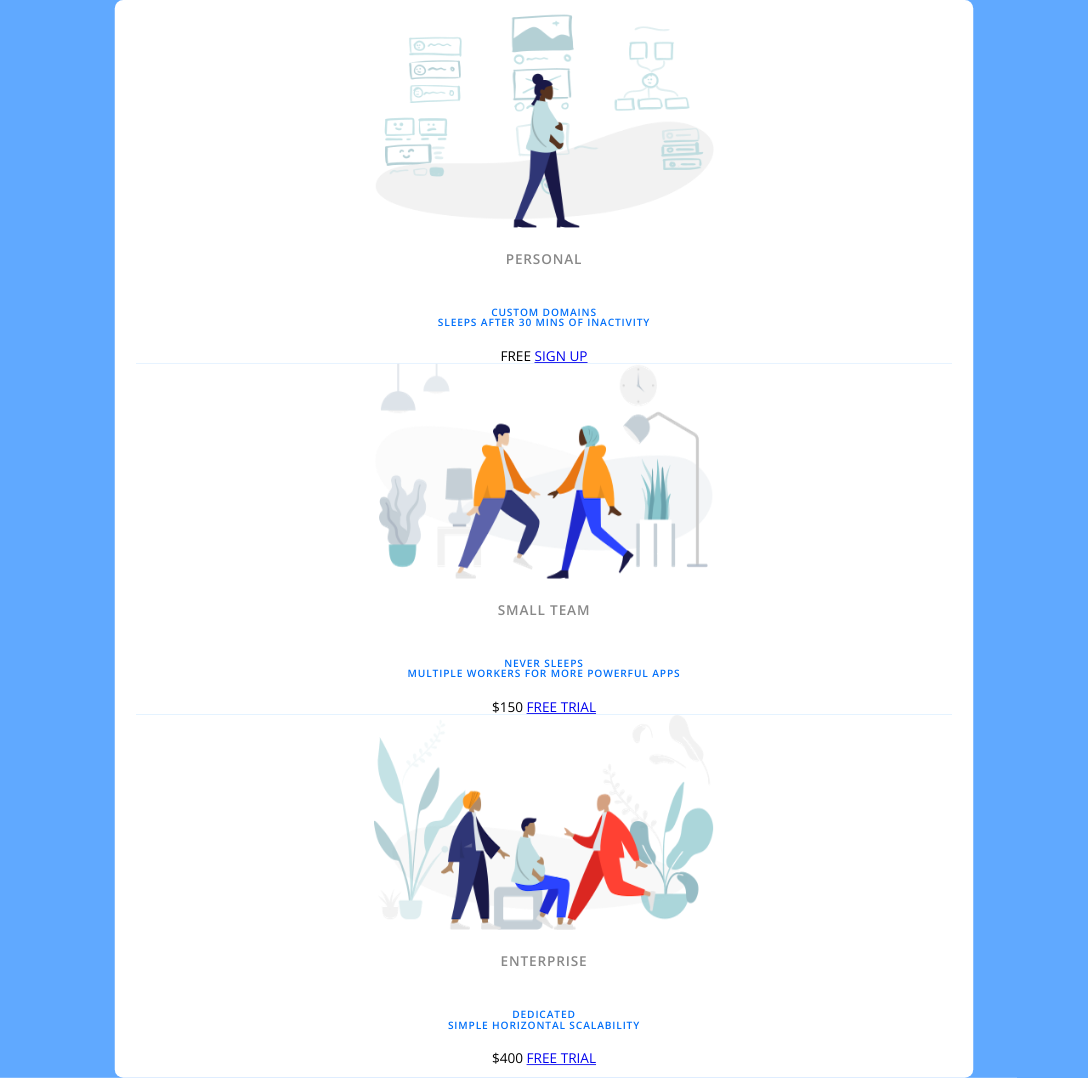
Repository: zhFIsHappy/UdemyFullStack
Page: PriceTable/index.html
These files come from the project's save history. The page is drawn as it stood at one moment and after the next save; the edit follows.
The browser window is 1280 px wide. The pictures show the whole page, at 85% of full size.

Above is the page before, as saved 2022-03-26 19:42:45.

### PriceTable/index.html
<!DOCTYPE html>
<html lang="en">

<head>
    <meta charset="UTF-8">
    <meta name="viewport" content="width=device-width, initial-scale=1.0">
    <title>Price Tiers</title>
    <link rel="stylesheet" href="https://fonts.googleapis.com/css?family=Open+Sans:400,600,700">
    <link rel="stylesheet" href="app.css">
</head>

<body>
    <div class="panel pricing-table">

        <div class="pricing-plan">
            <img src="icons/icon1.png" alt="" class="pricing-img">
            <h2 class="pricing-header">Personal</h2>
            <ul class="pricing-features">
                <li class="pricing-features-item">Custom domains</li>
                <li class="pricing-features-item">Sleeps after 30 mins of inactivity</li>
            </ul>
            <span class="pricing-price">Free</span>
            <a href="#/" class="pricing-button">Sign up</a>
        </div>

        <div class="pricing-plan">
            <img src="icons/icon2.png" alt="" class="pricing-img">
            <h2 class="pricing-header">Small team</h2>
            <ul class="pricing-features">
                <li class="pricing-features-item">Never sleeps</li>
                <li class="pricing-features-item">Multiple workers for more powerful apps</li>
            </ul>
            <span class="pricing-price">$150</span>
            <a href="#/" class="pricing-button is-featured">Free trial</a>
        </div>

        <div class="pricing-plan">
            <img src="icons/icon3.png" alt="" class="pricing-img">
            <h2 class="pricing-header">Enterprise</h2>
            <ul class="pricing-features">
                <li class="pricing-features-item">Dedicated</li>
                <li class="pricing-features-item">Simple horizontal scalability</li>
            </ul>
            <span class="pricing-price">$400</span>
            <a href="#/" class="pricing-button">Free trial</a>
        </div>

    </div>

</body>

</html>

### PriceTable/app.css
/* http://meyerweb.com/eric/tools/css/reset/
   v2.0 | 20110126
   License: none (public domain)
*/

html, body, div, span, applet, object, iframe,
h1, h2, h3, h4, h5, h6, p, blockquote, pre,
a, abbr, acronym, address, big, cite, code,
del, dfn, em, img, ins, kbd, q, s, samp,
small, strike, strong, sub, sup, tt, var,
b, u, i, center,
dl, dt, dd, ol, ul, li,
fieldset, form, label, legend,
table, caption, tbody, tfoot, thead, tr, th, td,
article, aside, canvas, details, embed,
figure, figcaption, footer, header, hgroup,
menu, nav, output, ruby, section, summary,
time, mark, audio, video {
	margin: 0;
	padding: 0;
	border: 0;
	font-size: 100%;
	font: inherit;
	vertical-align: baseline;
}
/* HTML5 display-role reset for older browsers */
article, aside, details, figcaption, figure,
footer, header, hgroup, menu, nav, section {
	display: block;
}
body {
	line-height: 1;
}
ol, ul {
	list-style: none;
}
blockquote, q {
	quotes: none;
}
blockquote:before, blockquote:after,
q:before, q:after {
	content: '';
	content: none;
}
table {
	border-collapse: collapse;
	border-spacing: 0;
}
html{
    box-sizing: border-box;
    font-family: 'Open Sans', sans-serif;
}
body{
    background-color: #60a9ff;
    display: flex;
    justify-content: center;
    align-items:center;
    min-height:100vh;

}

.panel{
    background-color: white;
    border-radius:10px;
    padding :15px 25px;
    width: 100%;
    max-width: 960px;
    display:flex;
    flex-direction : column;
    text-align: center;
    text-transform: uppercase;
}

.pricing-plan{
    border-bottom: 1px solid #e1f1ff;
}

.pricing-plan:last-child{
    border-bottom: none;
}

.pricing-img{
    margin-bottom:25px;
    max-width:100%;
}
.pricing-header{
    color : #888;
    font-weight: 600;
    letter-spacing: 1px;
}
.pricing-features{
    margin: 50px 0 25px;
    color: #016ff9;
}
.pricing-features-item{
    font-weight: 600;
    letter-spacing: 1px;
    font-size: 12px;
    line-height:1.5 0;
    padding
    border-top:1px solid #e1f1ff;
}

After the next save:
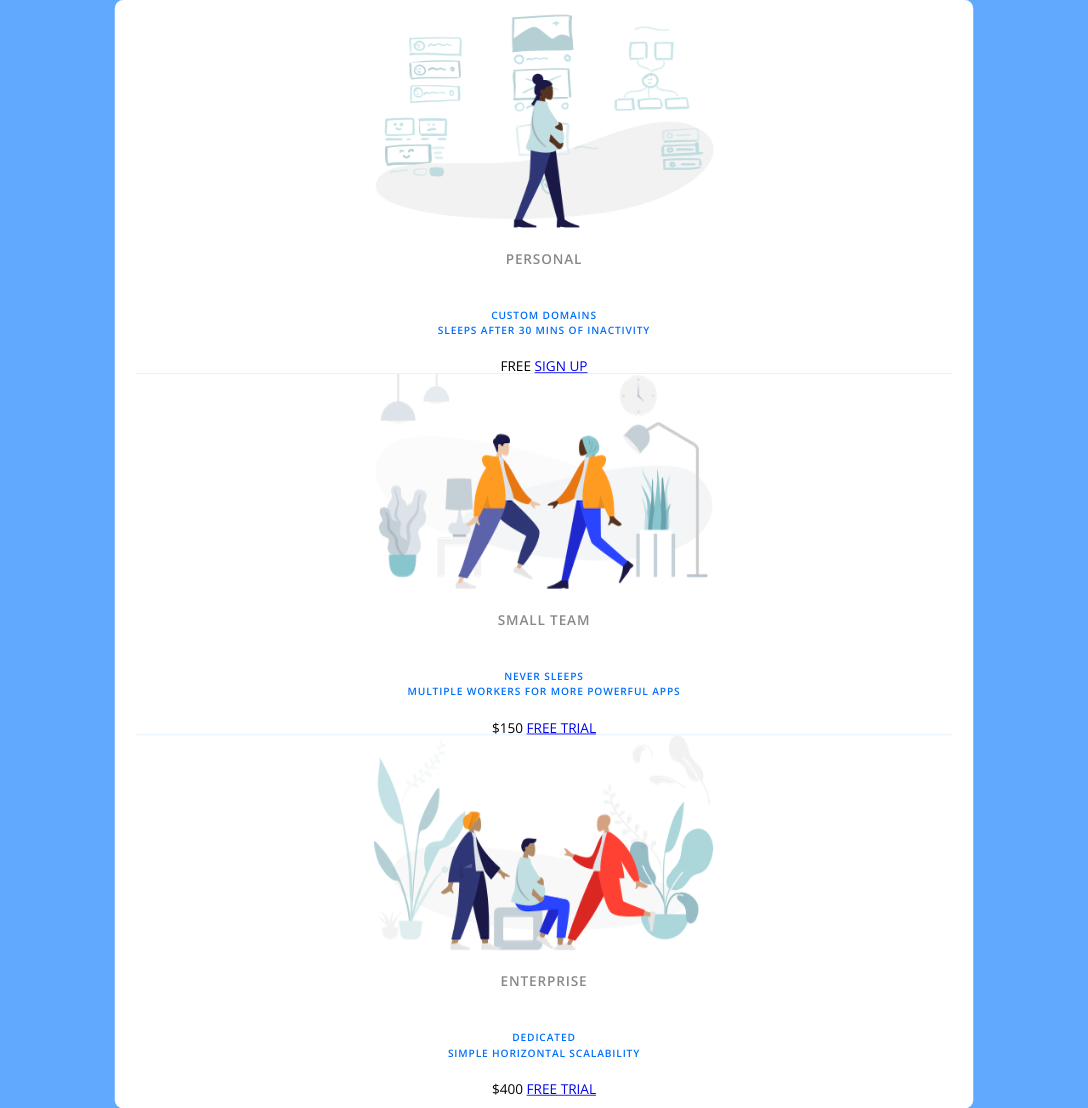
Saved 6 s later.
--- a/PriceTable/app.css
+++ b/PriceTable/app.css
@@ -96,7 +96,7 @@ body{
     font-weight: 600;
     letter-spacing: 1px;
     font-size: 12px;
-    line-height:1.5 0;
+    line-height:1.5;
     padding
     border-top:1px solid #e1f1ff;
 }
